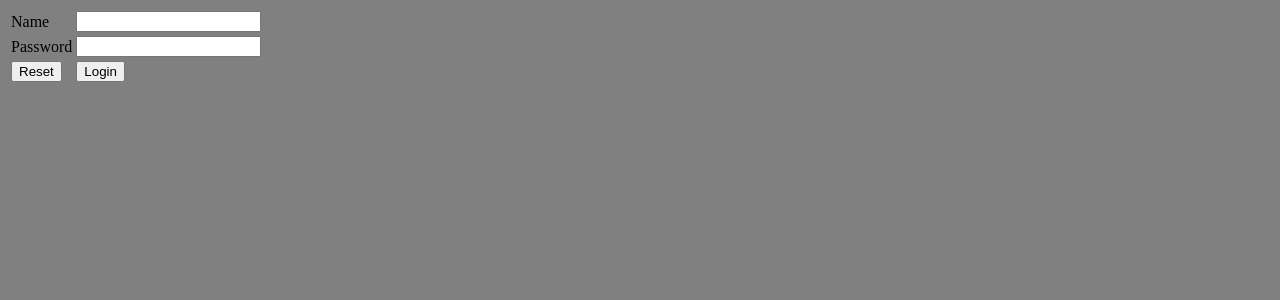
Repository: jks2127/SMS-webApp
Page: sms 1.2/WebContent/index.html
The author's editor kept a copy of each file at every save. The page is drawn from the files as they stood at one save, then again after the next save.
The browser window is 1280 px wide. The pictures show the whole page.

Above is the page before, as saved 2021-06-11 12:27:06.

After the next save:
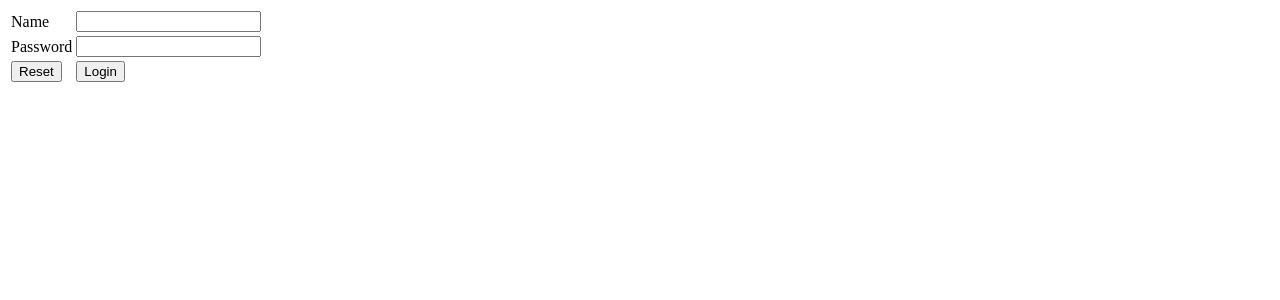
Saved 55 s later.
--- a/sms 1.2/WebContent/index.html
+++ b/sms 1.2/WebContent/index.html
@@ -5,8 +5,8 @@
 	<title>Student Management System</title>
 </head>
 
-<body id="body" bgcolor="gray" >
-<div class="container">
+<body id="body">
+<div>
 	<form action="Login" method="POST">
 		<table>
 			<tr>
